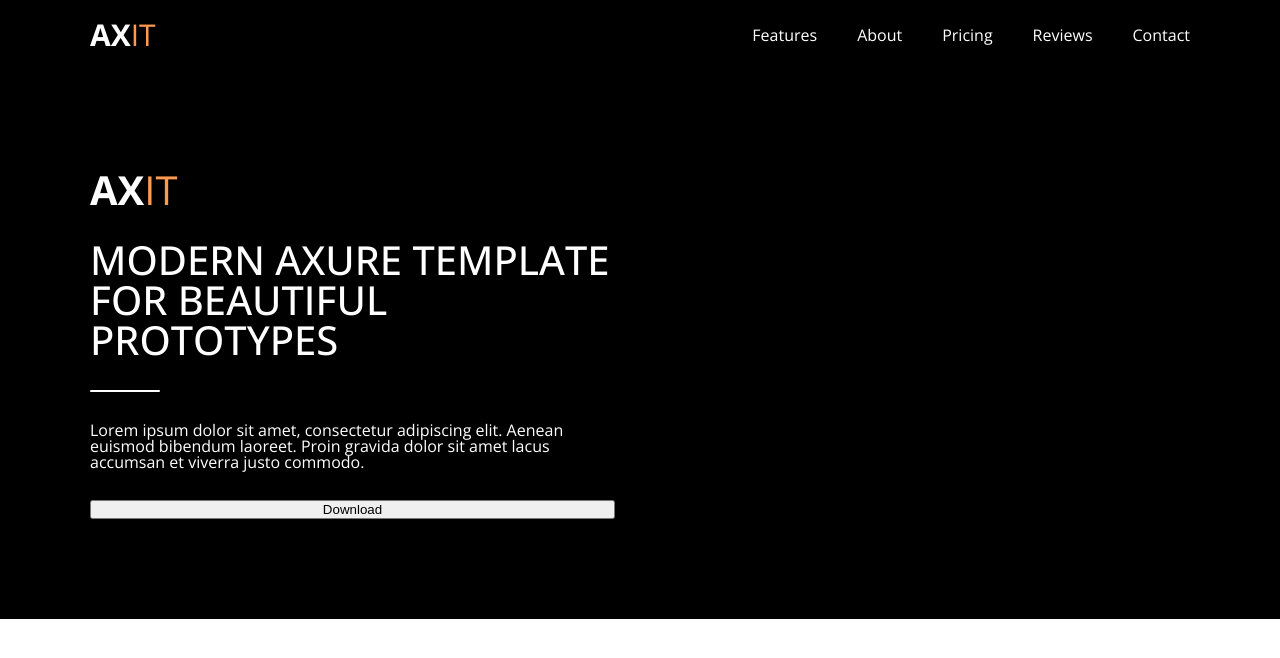
Repository: dinhtri123/axureThems
Page: index.html
The author's editor kept a copy of each file at every save. The page is drawn from the files as they stood at one save, then again after a run of saves.
The browser window is 1280 px wide. The pictures show the whole page.

Above is the page before, as saved 2023-02-11 15:03:30.

### index.html
<!DOCTYPE html>
<html lang="en">
  <head>
    <meta charset="UTF-8" />
    <meta http-equiv="X-UA-Compatible" content="IE=edge" />
    <meta name="viewport" content="width=device-width, initial-scale=1.0" />
    <title>Axure Themes</title>
    <script
      type="module"
      src="https://unpkg.com/ionicons@5.5.2/dist/ionicons/ionicons.esm.js"
    ></script>
    <script
      nomodule
      src="https://unpkg.com/ionicons@5.5.2/dist/ionicons/ionicons.js"
    ></script>
    <link rel="stylesheet" href="style.css" />
  </head>
  <body>
    <header>
      <div class="container headerMain">
        <a href="index.html" class="logo">
          <span>AX</span>
          <span>IT</span>
        </a>
        <nav>
          <ul>
            <li><a href="#">Features</a></li>
            <li><a href="#">About</a></li>
            <li><a href="#">Pricing</a></li>
            <li><a href="#">Reviews</a></li>
            <li><a href="#">Contact</a></li>
          </ul>
        </nav>
      </div>
    </header>
    <div class="banner">
      <div class="container bannerMain">
        <div class="bannerLeft">
          <a href="index.html" class="logo logoBanner">
            <span>AX</span>
            <span>IT</span>
          </a>
          <h3>MODERN AXURE TEMPLATE FOR BEAUTIFUL PROTOTYPES</h3>
          <span></span>
          <p>
            Lorem ipsum dolor sit amet, consectetur adipiscing elit. Aenean
            euismod bibendum laoreet. Proin gravida dolor sit amet lacus
            accumsan et viverra justo commodo.
          </p>
          <button class="btn">Download</button>
        </div>
        <div class="bannerRight"></div>
      </div>
    </div>
  </body>
</html>

### style.css
@import url("https://fonts.googleapis.com/css2?family=Open+Sans:wght@400;500;600;700&display=swap");
* {
  margin: 0;
  padding: 0;
  box-sizing: border-box;
  scroll-behavior: smooth;
}
:root{
    --bg-black : #000;
    --bg-white: #fff;
}
body {
  font-family: "Open Sans", sans-serif;
  font-weight: 400;
  font-size: 16px;
  line-height: 1;
  width: 100%;
  max-height: 100vh;
  height: 100%;
  color:var(--bg-white);
}

.container {
  max-width: 1100px;
  width: 100%;
  height: 100%;
  margin: 0px auto;
}

header{
    width:100%;
    height:70px;
    background:var(--bg-black);
}
.headerMain{
    display: flex;
    justify-content: space-between;
    align-items: center;
}
.logo{
    display:flex;
    text-decoration: none;
    font-size:30px;
}
.logo span:first-child{
    font-weight:700;
    color:var(--bg-white);
}
.logo span:last-child{
    font-weight: 400;
    color: #ff9b51;
}
nav ul {
    display:flex;
    align-items: center;
    gap:40px;
    list-style: none;
}
nav ul li a{
    text-decoration: none;
    color:var(--bg-white);
}

/* --------------------- */

/* --------BANNER------------ */

.banner{
    width: 100%;
    background:var(--bg-black);
}
.bannerMain{
    padding:100px 0px;
    display:grid;
    grid-template-columns: repeat(2, 1fr);
    gap:50px;
}
.bannerLeft{
    display:flex;
    flex-direction: column;
    gap:30px;
}
.bannerRight{
    display:flex;
    justify-content: end;
    align-items:center;
}

.logoBanner{
    font-size: 40px;
}
.bannerLeft > h3{
    font-size:40px;
    font-weight:500;
}
.bannerLeft > span{
    width: 70px;
    height:2px;
    background-color: var(--bg-white);
    border-radius:8px;
}
.bannerLeft > p{

}
.btn{

}

After the next 2 saves:
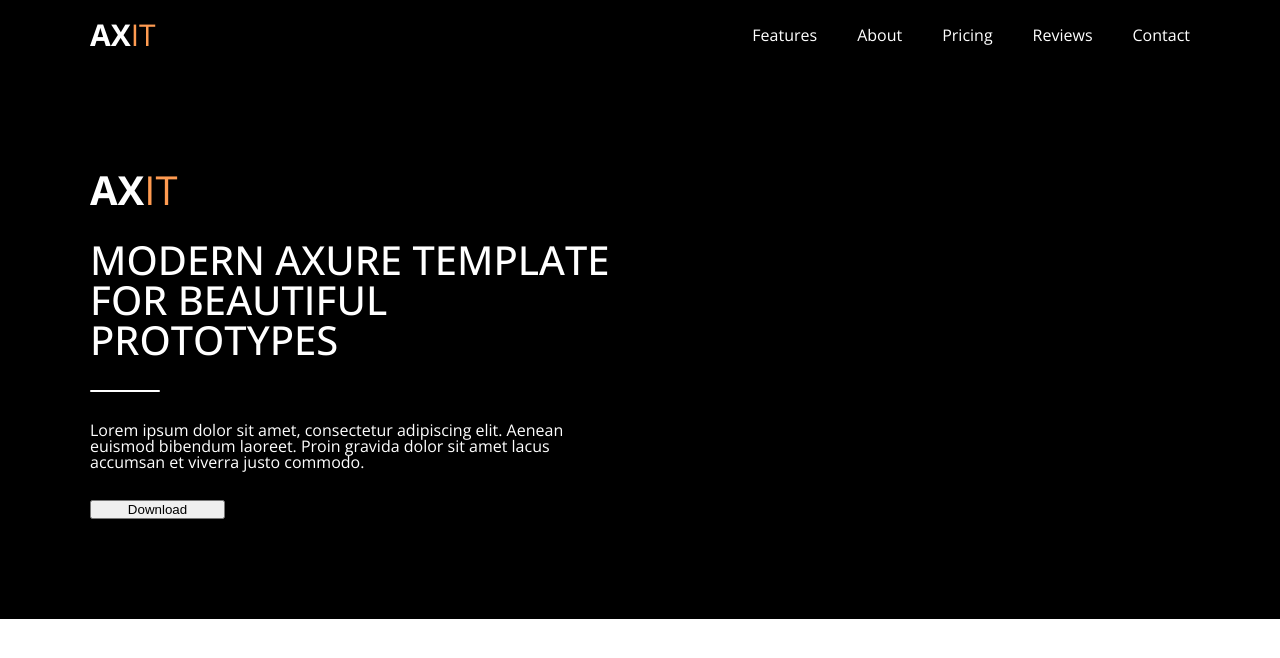
The 2 saves are shown as one change because they came seconds apart.
The last was saved 20 s later.
--- a/style.css
+++ b/style.css
@@ -103,5 +103,6 @@ nav ul li a{
 
 }
 .btn{
+    width:135px;
 
 }
